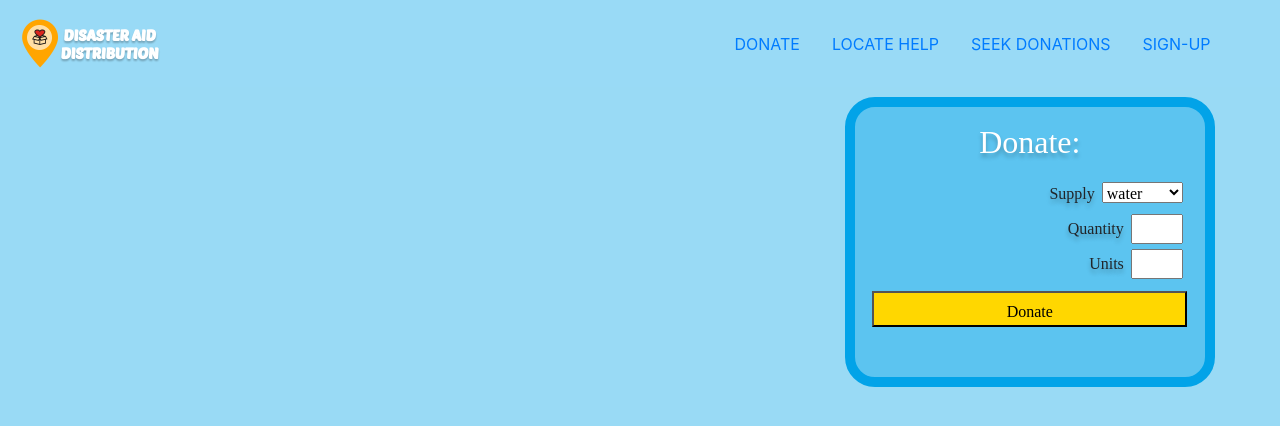
Repository: uprm-inso-4115-2019-2020-S2/semester-project-inso4115-DisasterAid-backend
Page: /donate-modal (app in disaster-aid/)
An editor plug-in stored every save of this project. The page is shown before and after the next save, followed by the edit.
The browser window is 1280 px wide. The pictures show the whole page.
The project was rebuilt for these pictures with package versions that can differ from the ones it lists, and the page was loaded fresh each time. Also part of the build but not shown: disaster-aid/angular.json, disaster-aid/src/app/login/login.component.ts, disaster-aid/src/app/register/register.component.ts, disaster-aid/src/app/home/home.component.ts, disaster-aid/src/app/landing-page/landing-page.component.ts, disaster-aid/src/app/donations/donations.component.ts, disaster-aid/src/app/donations.service.ts.

Above is the page before, as saved 2020-05-08 04:37:03.

After the next save:
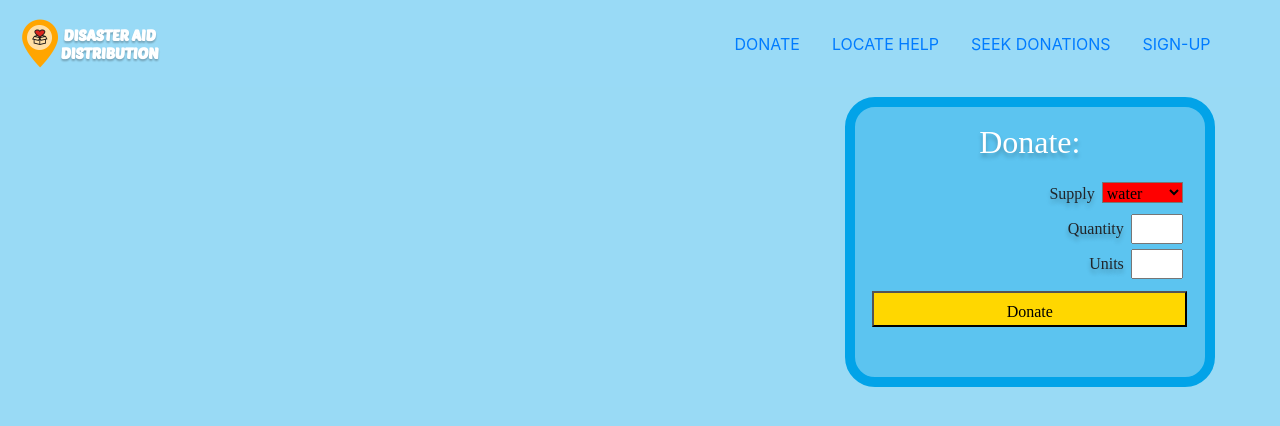
Saved 27 s later.
--- a/disaster-aid/src/app/donate-modal/donate-modal.component.html
+++ b/disaster-aid/src/app/donate-modal/donate-modal.component.html
@@ -22,7 +22,7 @@
         <div style="text-align: right; padding-right: 22px;">
             <div>
                 <label for="Supply" style="padding-right: 7px;">Supply</label>
-                <select id="supply" name="supply">
+                <select id="supply" name="supply" class="select">
                     <option value="water">water</option>
                     <option value="food">food</option>
                     <option value="medicine">medicine</option>
